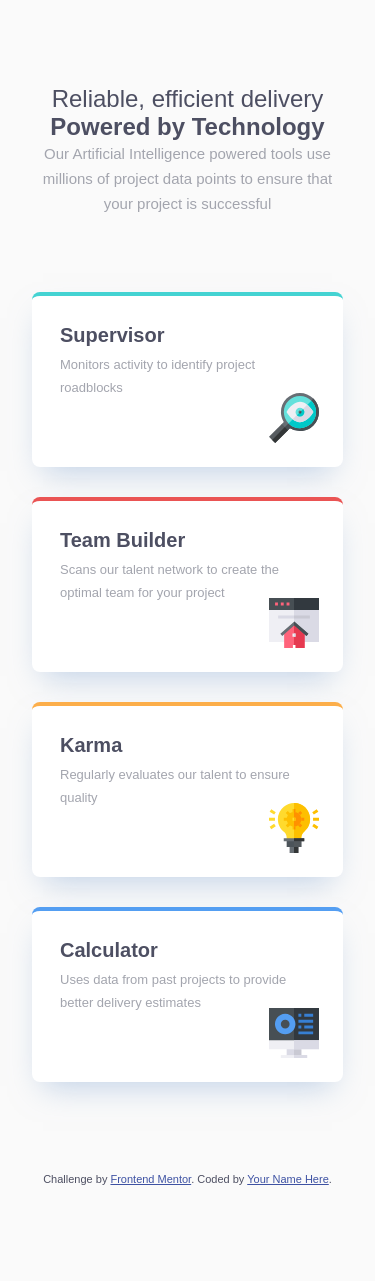
Repository: AngelaMwelu/four-card-page
Page: index.html
An editor plug-in stored every save of this project. The page is shown before and after a run of saves, followed by the edit.
The browser window is 375 px wide. The pictures show the whole page.

Above is the page before, as saved 2025-05-21 10:08:52.

After the next 2 saves:
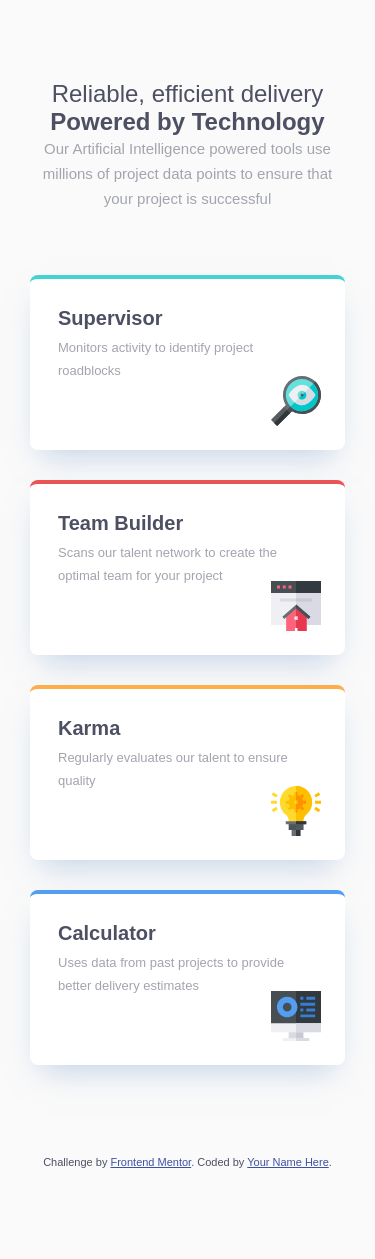
The 2 saves are shown as one change because they came seconds apart.
The last was saved 46 h 53 min later.
--- a/style.css
+++ b/style.css
@@ -158,17 +158,3 @@ footer {
     grid-row: auto;
   }
 }
-
-@media (max-width: 375px) {
-  body {
-    padding: 85px 32px;
-  }
-
-  .about {
-    margin-bottom: 76px;
-  }
-
-  .about h3 {
-    font-size: 24px;
-  }
-}
